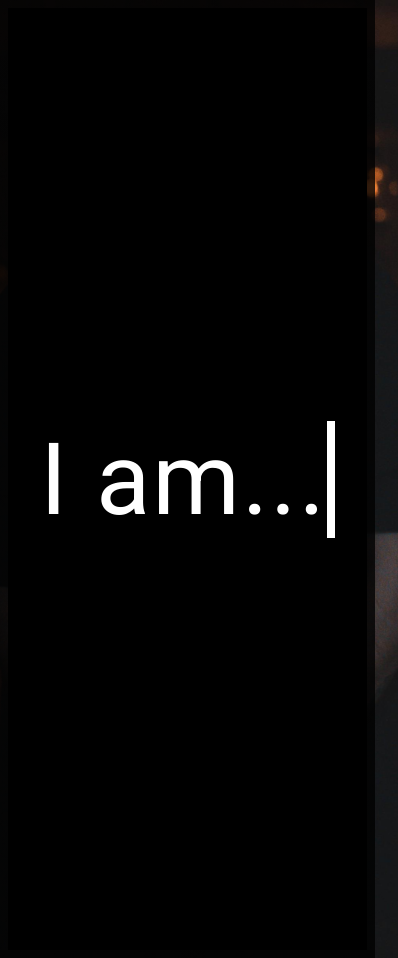
Repository: meywenz/mysite
Page: index.html
These files come from the project's save history. The page is drawn as it stood at one moment and after the next save; the edit follows.
The browser window is 375 px wide. The page is 398 px wide, then 375 px, so the pictures cover 398 px, including what lies to the right of the window. The pictures show the whole page.

Above is the page before, as saved 2021-04-11 14:54:28.

After the next save:
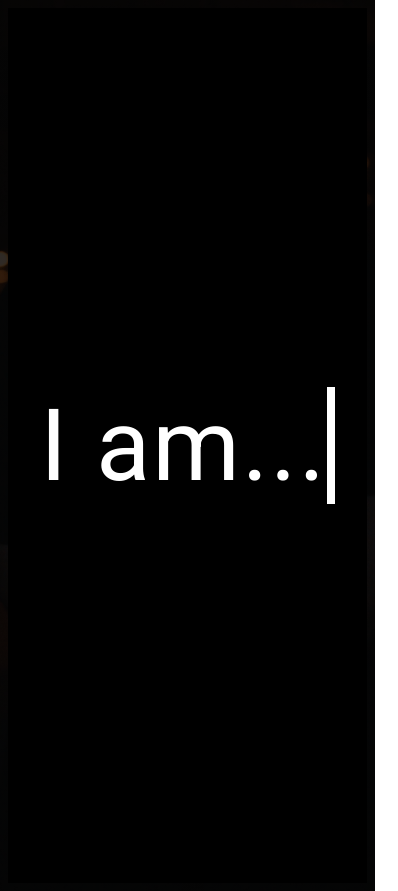
Saved 5 min 20 s later.
--- a/styles.css
+++ b/styles.css
@@ -54,7 +54,7 @@
 .profile-name {
   font-family: "Roboto", sans-serif;
   text-align: center;
-  padding: 30px;
+  /* padding: 30px; */
   font-size: 1.5rem;
 }
 .bio {
@@ -362,6 +362,6 @@
 
 @media only screen and (max-width: 600px) {
   .logo-top {
-    max-width: 300px;
-  }
-}
+    max-width: 200px;
+  }
+}
